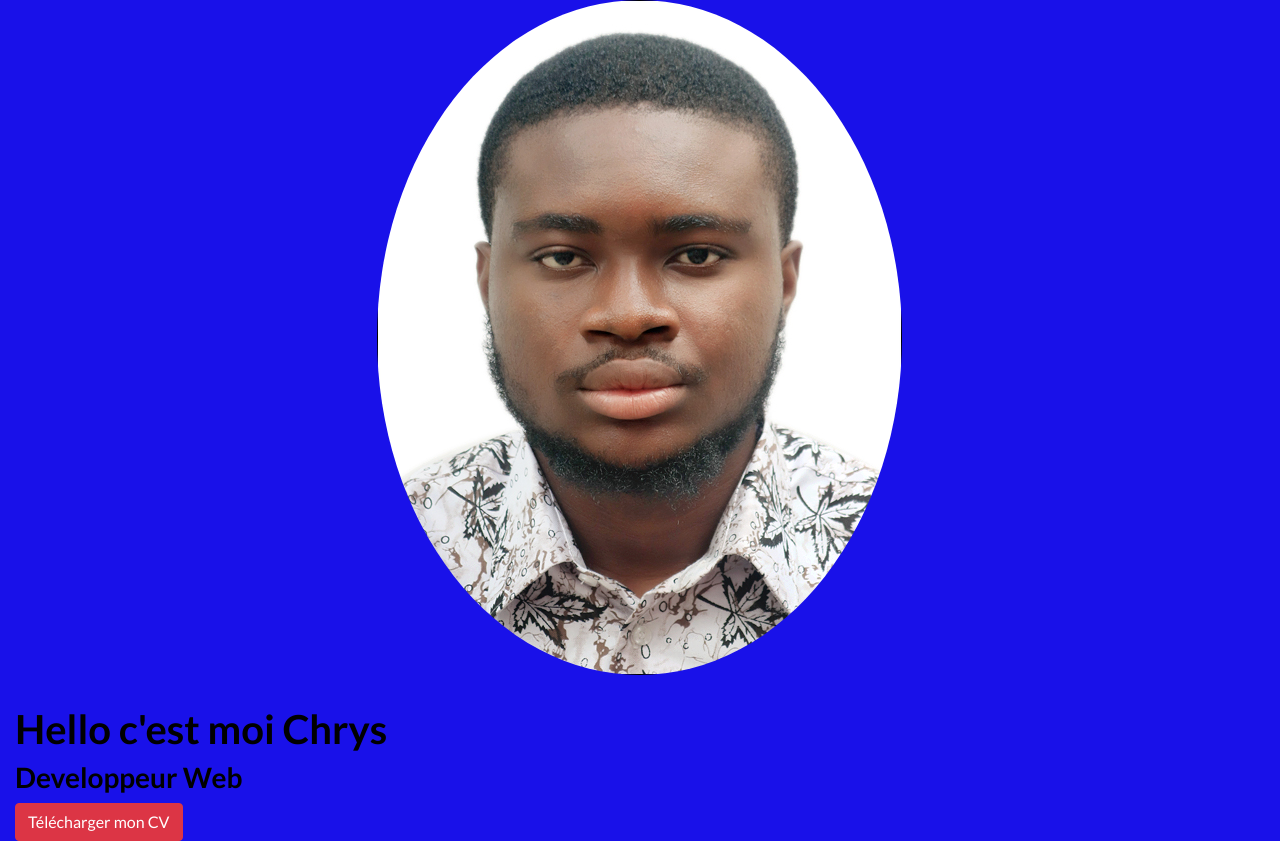
Repository: CHRYSOVR/CV_en_ligne_Interactif
Page: index.html
An editor plug-in stored every save of this project. The page is shown before and after the next save, followed by the edit.
The browser window is 1280 px wide. The pictures show the whole page.

Above is the page before, as saved 2025-07-07 15:16:37.
Console error: TypeError: Cannot read properties of undefined (reading 'fn')

### index.html
<!DOCTYPE html>
<html lang="fr">
<head>
    <meta charset="UTF-8">
    <meta name="viewport" content="width=device-width, initial-scale=1.0">
    <link rel="preconnect" href="https://fonts.googleapis.com">
<link rel="preconnect" href="https://fonts.gstatic.com" crossorigin>
<link href="https://fonts.googleapis.com/css2?family=Lato:ital,wght@0,100;0,300;0,400;0,700;0,900;1,100;1,300;1,400;1,700;1,900&display=swap" rel="stylesheet">
<link rel="stylesheet" href="https://cdn.jsdelivr.net/npm/bootstrap@4.0.0/dist/css/bootstrap.min.css" integrity="sha384-Gn5384xqQ1aoWXA+058RXPxPg6fy4IWvTNh0E263XmFcJlSAwiGgFAW/dAiS6JXm" crossorigin="anonymous">
<script src="https://cdn.jsdelivr.net/npm/bootstrap@4.0.0/dist/js/bootstrap.min.js" integrity="sha384-JZR6Spejh4U02d8jOt6vLEHfe/JQGiRRSQQxSfFWpi1MquVdAyjUar5+76PVCmYl" crossorigin="anonymous"></script>
    <link rel="stylesheet" href="css/style.css">
    <script src="js/script.js"></script>
    <title>CV SANNE-TIA</title>
</head>
<body>
  <section id="about" class="container-fluid">
    <div  class=" col-8 col -lg-4 profile-picture" >
        <img src="images/Me.JPG" alt="photo sanne-tia" class="rounded-circle">
    </div>
    <div class="heading">
        <h1>Hello c'est moi Chrys</h1 >
             <h3>Developpeur Web</h3>
     <a href="documents/CV_Sanne-Tia.pdf" class="btn btn-danger" target="_blank">Télécharger mon CV</a>
  </div>
    </section>
</body>
</html>

### css/style.css
/*GENERAL*/

body{
    font-family: 'Lato', sans-serif;

}
h1,h2,h3,h4,h5,h6{
    font-weight: bold;
    color:black;
}
/*ABOUT*/
#about{
    background-color: #1911e9;

}
.profile-picture{
    text-align: center;
    margin: 0 auto 30px;

}

Loaded but not shown: js/script.js (no stored copy; drawn as an empty file)

After the next save:
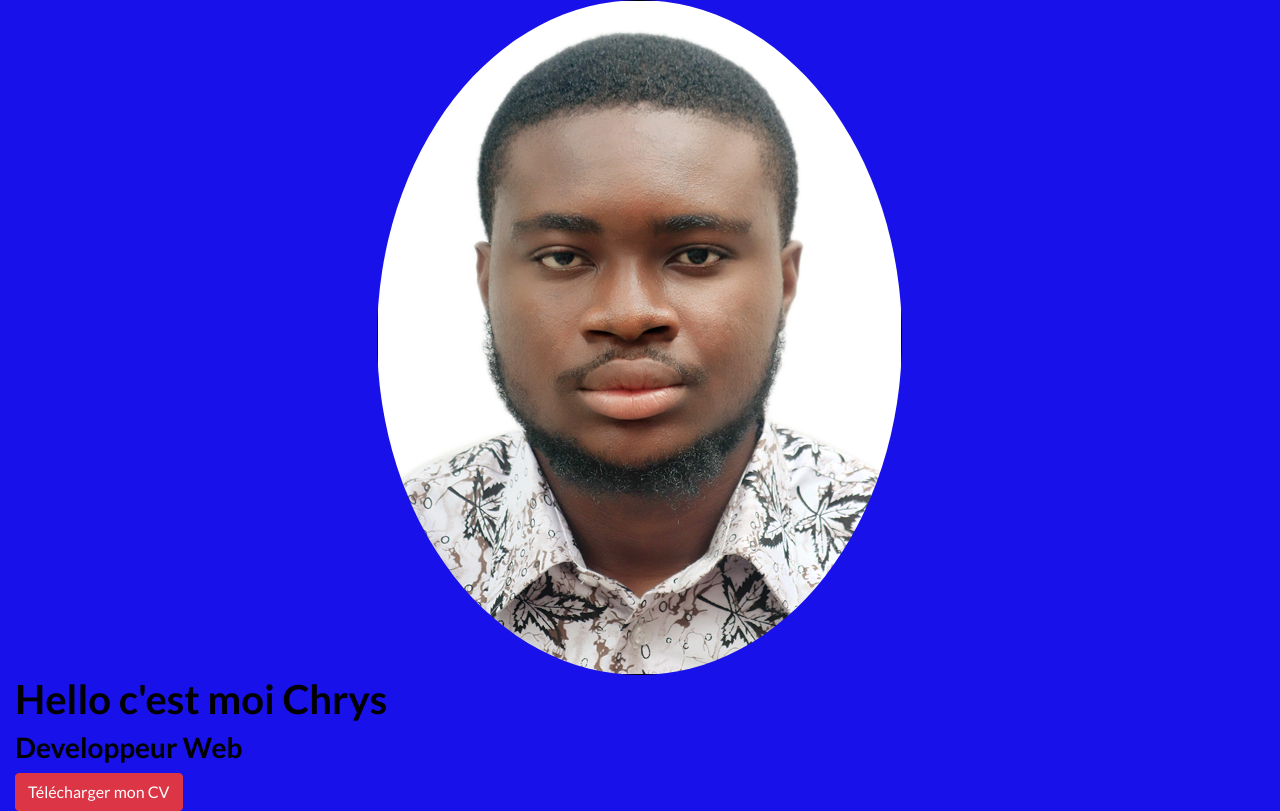
Saved 15 s later.
--- a/css/style.css
+++ b/css/style.css
@@ -15,6 +15,6 @@ h1,h2,h3,h4,h5,h6{
 }
 .profile-picture{
     text-align: center;
-    margin: 0 auto 30px;
+    margin: 0 auto ;
 
 }
